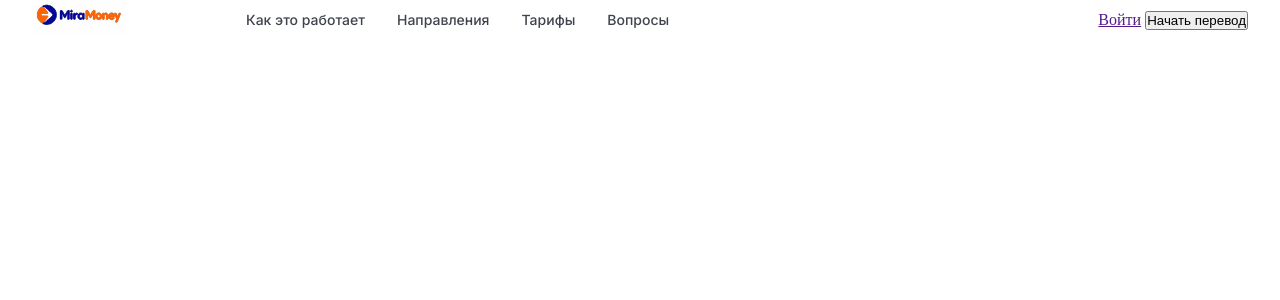
Repository: Shaiyr1/mira-money
Page: index.html
These files come from the project's save history. The page is drawn as it stood at one moment and after a run of saves; the edit follows.
The browser window is 1280 px wide. The pictures show the whole page.

Above is the page before, as saved 2026-10-19 16:51:53.

After the next 2 saves:
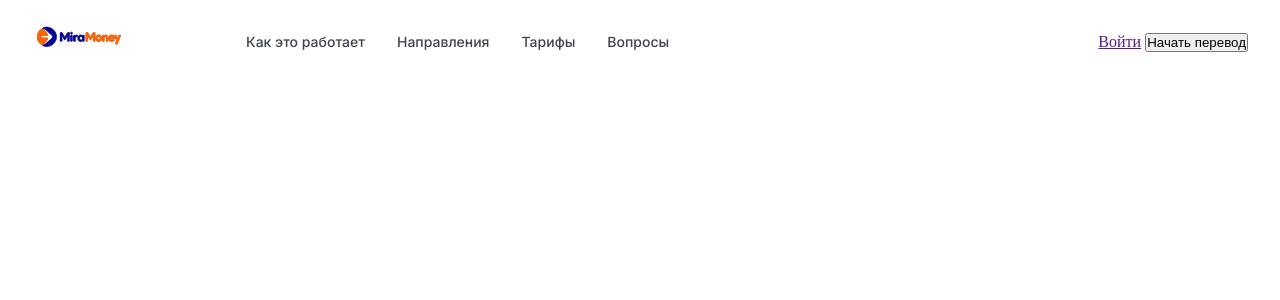
The 2 saves are shown as one change because they came seconds apart.
The last was saved 5 s later.
--- a/src/css/style.css
+++ b/src/css/style.css
@@ -10,6 +10,7 @@
 
 .header-nav {
     width: 95%;
+    height: 84px;
     margin: 0 auto;
     display: flex;
     align-items: center;
